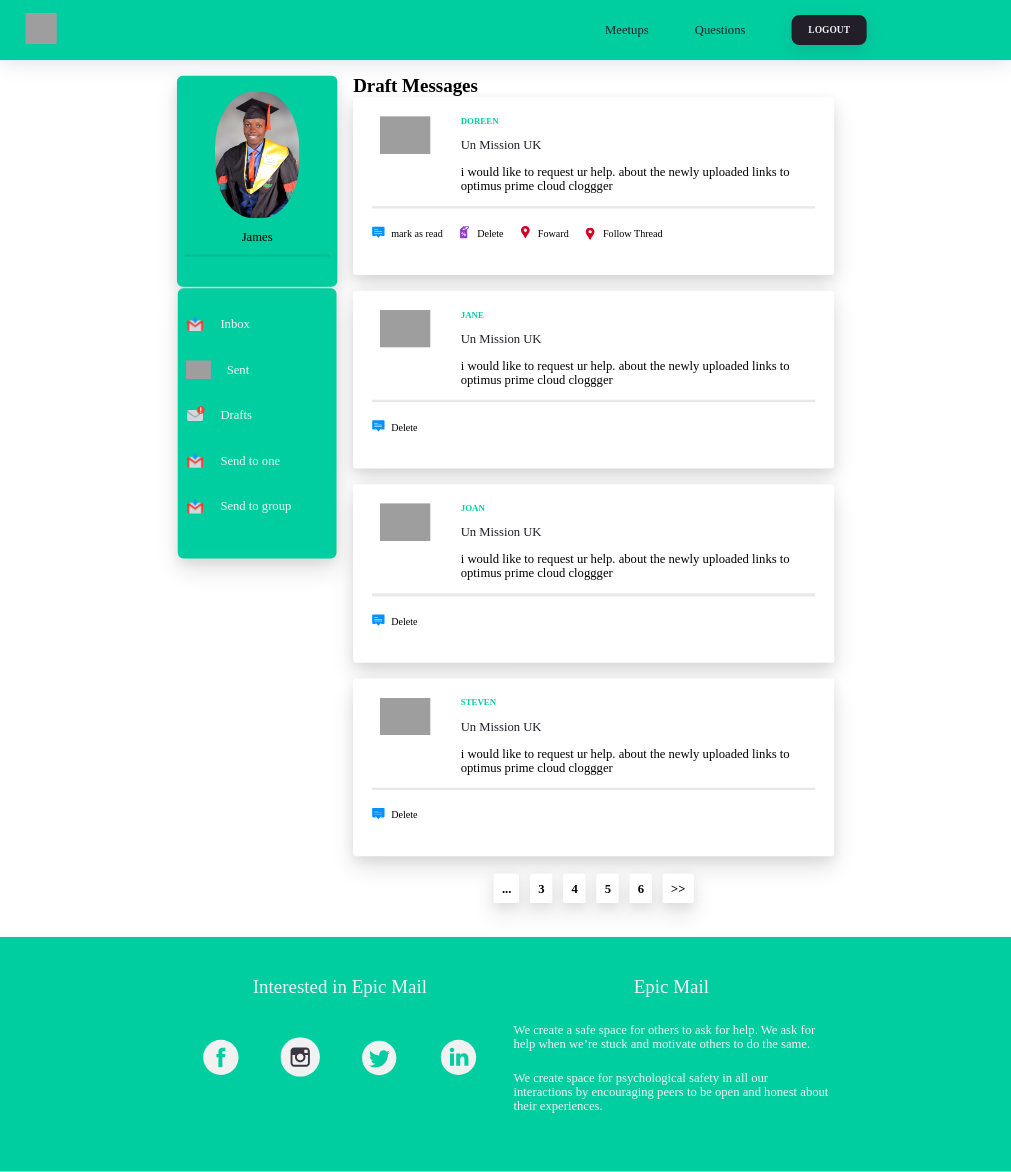
Repository: Gfreedoms/Epic-Mail
Page: pages/drafts.html
The author's editor kept a copy of each file at every save. The page is drawn from the files as they stood at one save, then again after the next save.
The browser window is 1280 px wide. The pictures show the whole page, at 79% of full size.
Pictures or frames that could not be fetched are drawn as grey boxes. Some web fonts or font styles are not loaded; a fallback is used.

Above is the page before, as saved 2019-02-27 07:08:52.

After the next save:
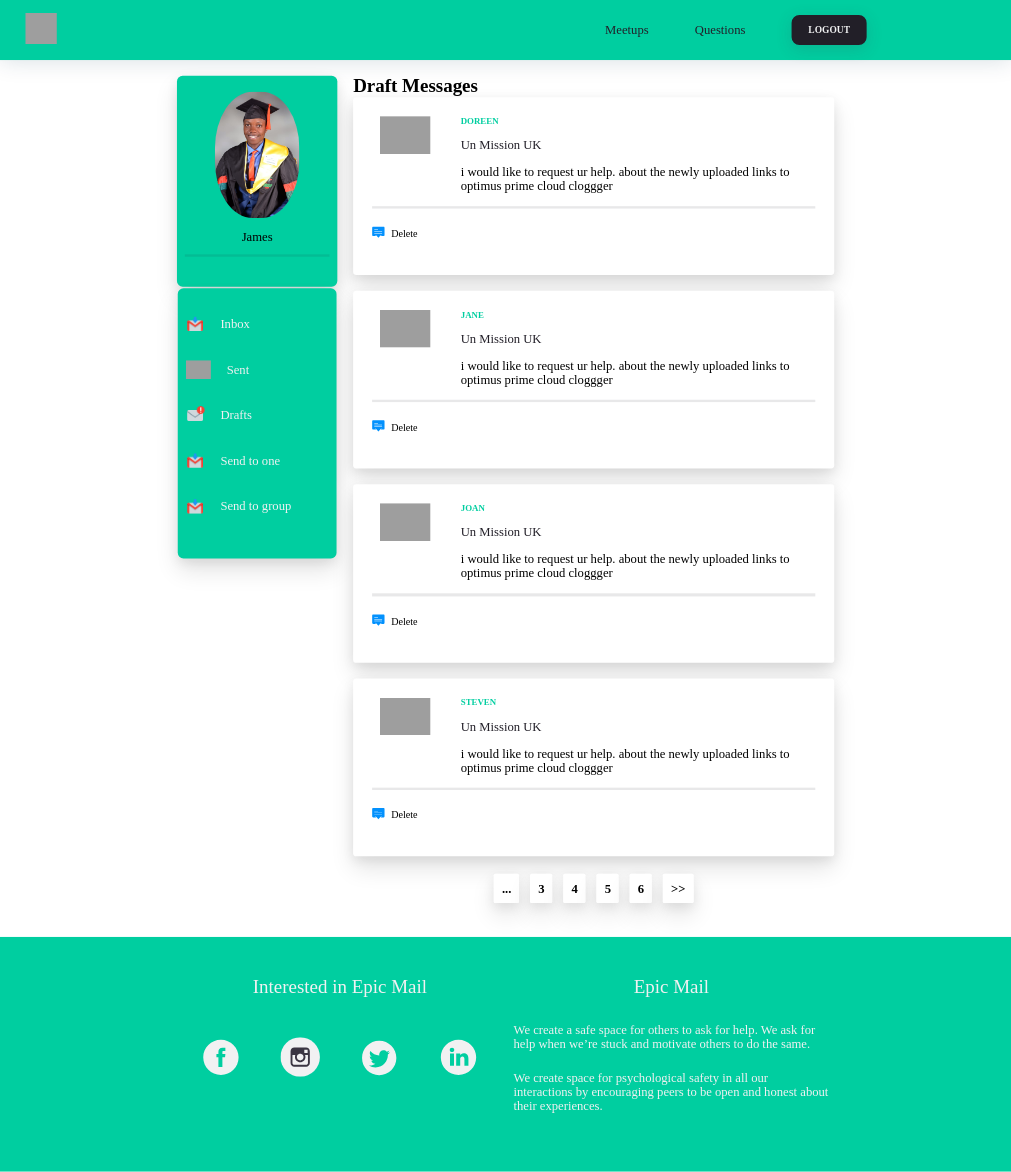
Saved 23 s later.
--- a/pages/drafts.html
+++ b/pages/drafts.html
@@ -139,21 +139,9 @@
 						<div class="q-actions">
 							<span>
 								<a href="#!"><img src="../assets/imgs/icons/comment.svg" alt=""></a>
-								mark as read
-							</span>
-							<span>
-								<a href="#!"><img src="../assets/imgs/icons/tag.svg" alt=""></a>
 								Delete
 							</span>
-							<span>
-								<a href="#!"><img src="../assets/imgs/icons/pointer.svg" alt=""></a>
-								Foward
-							</span>
-
-							<span>
-									<a href="#!"><img src="../assets/imgs/icons/pointer.svg" alt=""></a>
-									Follow Thread
-							</span>
+
 						</div>
 					</div>
 				</div>
